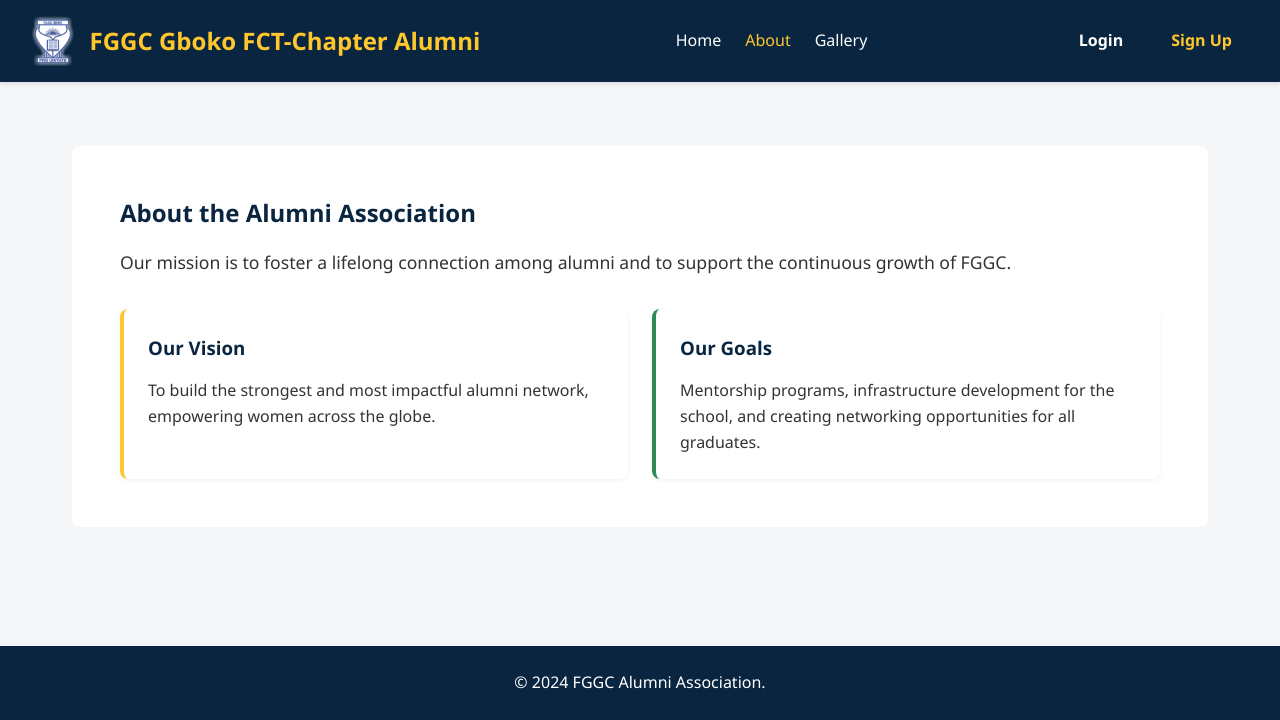
Repository: Yaye175/fggcwebproject
Page: fggc-alumnii/frontend/about.html
The author's editor kept a copy of each file at every save. The page is drawn from the files as they stood at one save, then again after the next save.
The browser window is 1280 px wide. The pictures show the whole page.

Above is the page before, as saved 2026-03-28 15:56:49.

After the next save:
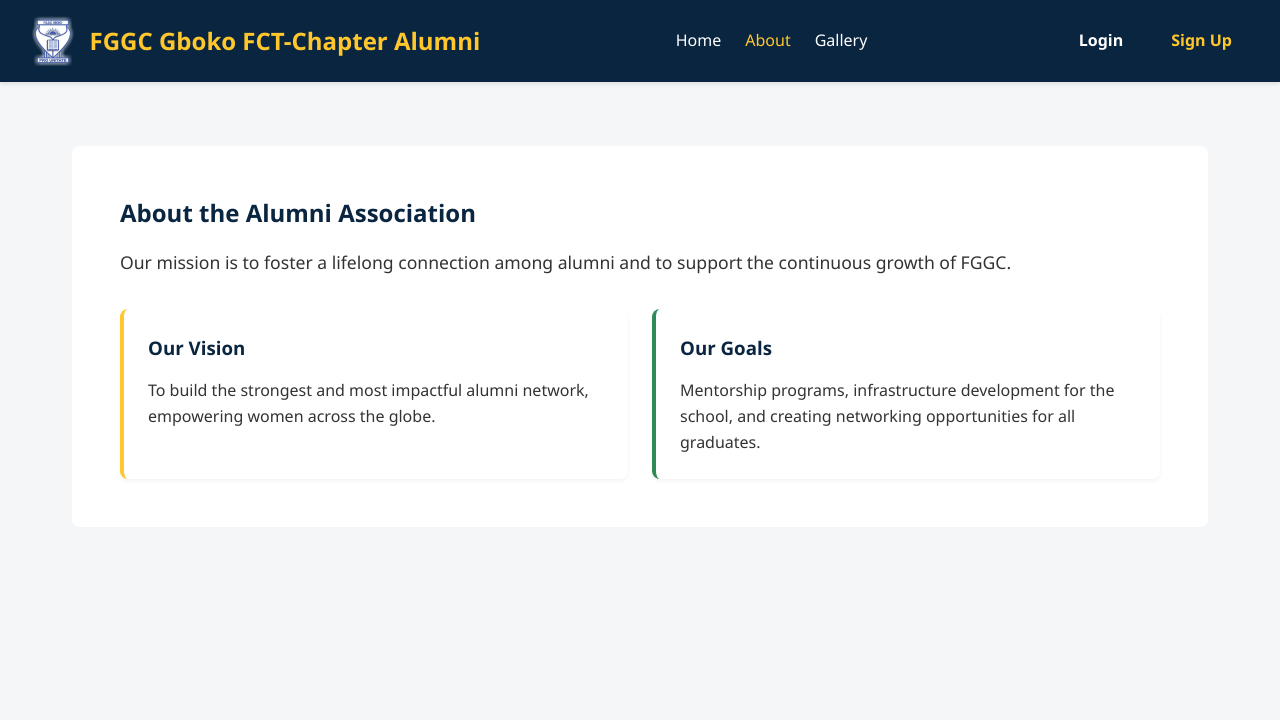
Saved 117 s later.
--- a/fggc-alumnii/frontend/about.html
+++ b/fggc-alumnii/frontend/about.html
@@ -44,9 +44,9 @@
         </section>
     </main>
 
-    <footer>
+    <!-- <footer>
         <p>&copy; 2024 FGGC Alumni Association.</p>
-    </footer>
+    </footer> -->
 
     <script src="js/api.js"></script>
     <script src="js/auth.js"></script>
